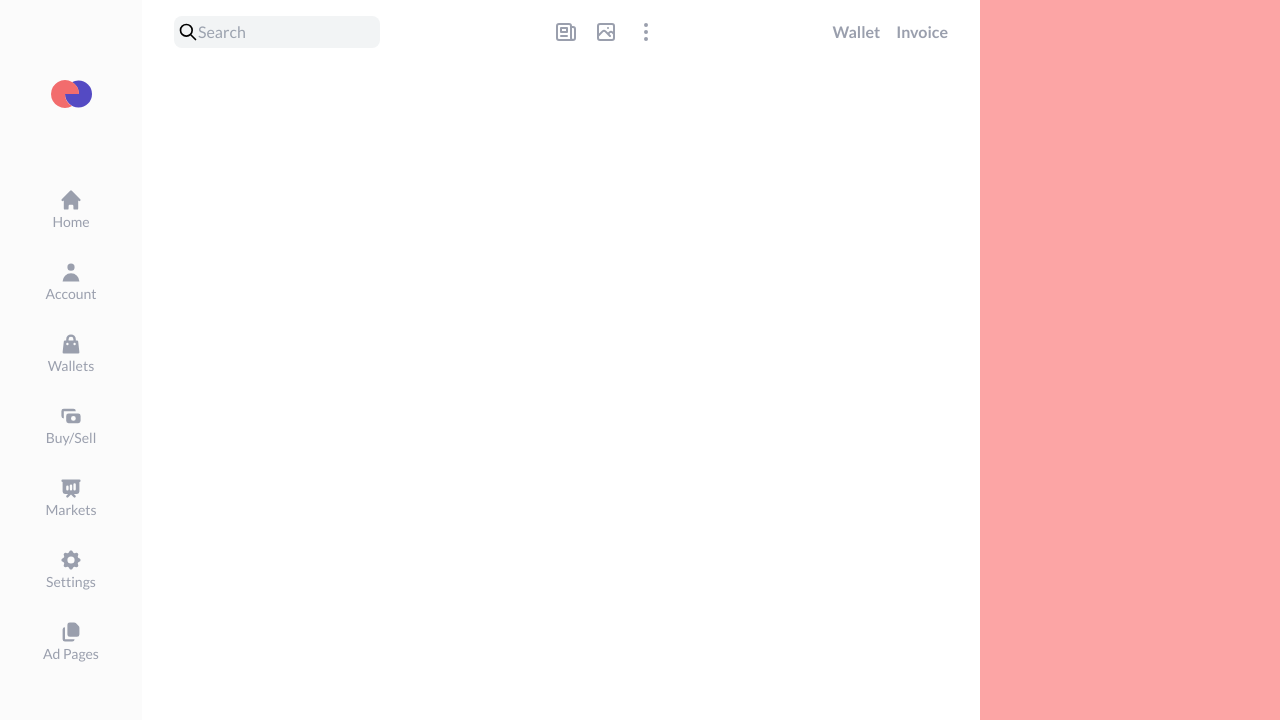
Repository: almaqdad55/crypto-app-nextjs
Page: /
An editor plug-in stored every save of this project. The page is shown before and after the next save, followed by the edit.
The browser window is 1280 px wide. The pictures show the whole page.
The project was rebuilt for these pictures with package versions that can differ from the ones it lists, and the page was loaded fresh each time. The framework's server and built-in components were replaced by stand-ins that run in the browser.

Above is the page before, as saved 2022-01-04 20:19:56.

After the next save:
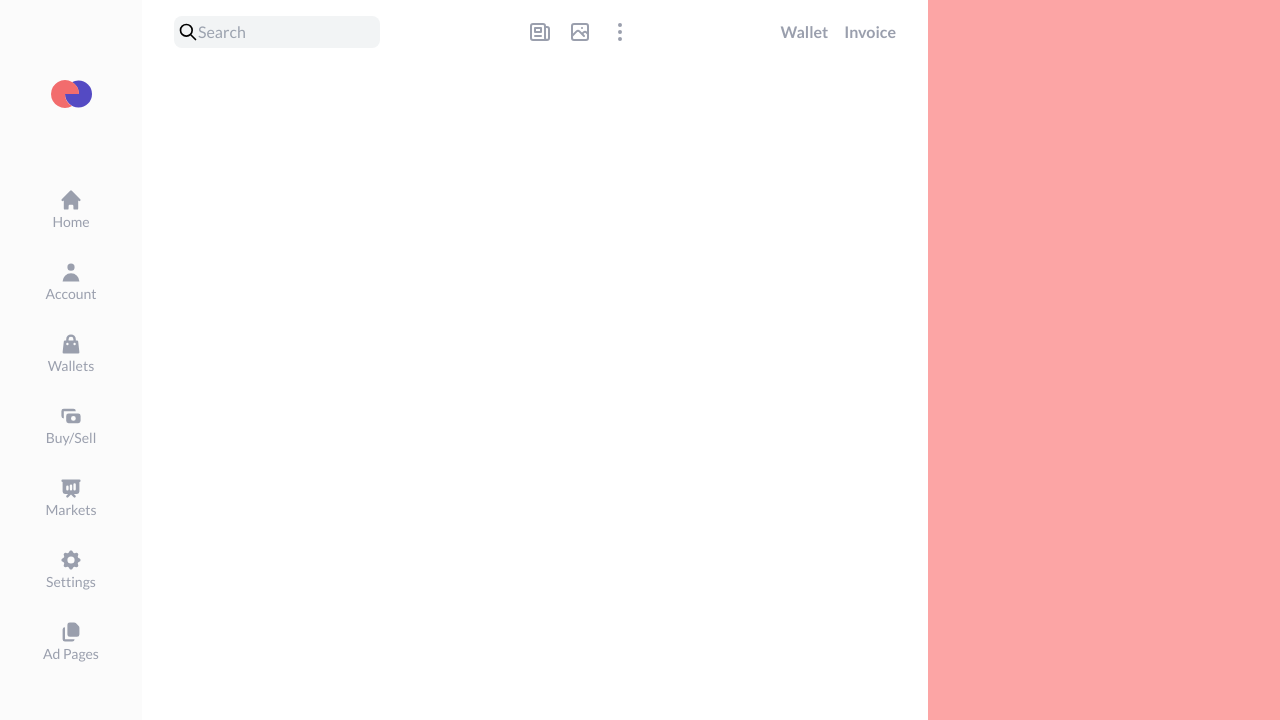
Saved 18 s later.
--- a/components/Widget.jsx
+++ b/components/Widget.jsx
@@ -1,5 +1,5 @@
 const Widget = () => {
-  return <div className="bg-red-300 min-w-[300px]"></div>;
+  return <div className="bg-red-300 min-w-[352px]"></div>;
 };
 
 export default Widget;
